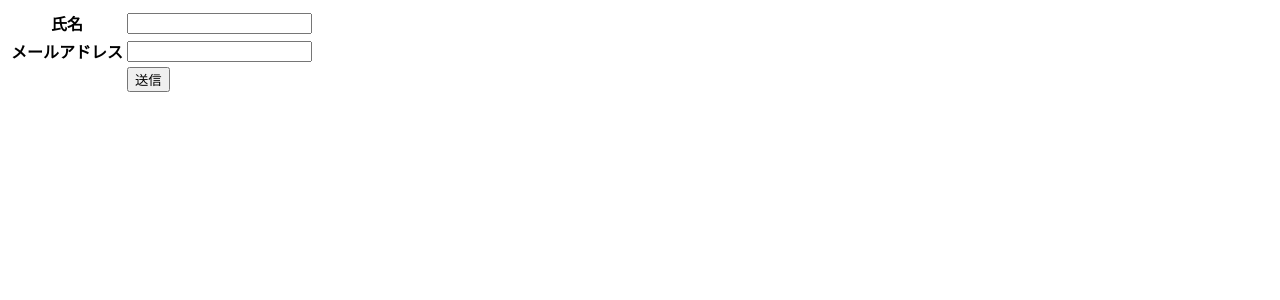
Repository: masanarimiura/20220618_miura
Page: http://localhost/
These files come from the project's save history. The page is drawn as it stood at one moment and after a run of saves; the edit follows.
The browser window is 1280 px wide. The pictures show the whole page.
The page is served by the project's Laravel application, run on PHP 8.4 with Laravel 8. Other server files are loaded and not shown.

Above is the page before, as saved 2022-06-18 11:51:56.

### routes/web.php
<?php

use Illuminate\Support\Facades\Route;
use App\Http\Controllers\TaskController;

Route::get('/', [TaskController::class, 'index']);
Route::post('/', [TaskController::class, 'post']);

### app/Http/Controllers/TaskController.php
<?php

namespace App\Http\Controllers;

use App\Models\Customer;
use Illuminate\Http\Request;

class TaskController extends Controller
{
    public function index()
    {
        return view('index');
    }
    public function find()
    {
        return view('find', ['input' => '']);
    }
    public function search(Request $request)
    {
        $item = Author::where('name', 'LIKE',"%{$request->input}%")->first();
        $param = [
            'input' => $request->input,
            'item' => $item
        ];
        return view('find', $param);
    }
    public function bind(Author $author)
    {
        $data = [
            'item'=>$author,
        ];
        return view('author.binds', $data);
    }
    public function add()
    {
        return view('add');
    }
    public function create(Request $request)
    {
        $this->validate($request, Author::$rules);
        $form = $request->all();
        Author::create($form);
        return redirect('/');
    }
}

### resources/views/index.blade.php
<!DOCTYPE html>
<html lang="ja">

<head>
  <meta charset="UTF-8">
  <meta name="viewport" content="width=device-width, initial-scale=1.0">
  <title>top</title>
</head>

<body>
  @if (count($errors) > 0)
<ul>
  @foreach ($errors->all() as $error)
  <li>
    {{$error}}
  </li>
  @endforeach
</ul>
@endif
<form action="/" method="post">
  <table>
    @csrf
    <tr>
      <th>
        氏名
      </th>
      <td>
        <input type="text" name="name">
      </td>
    </tr>
    <tr>
      <th>
        メールアドレス
      </th>
      <td>
        <input type="email" name="email">
      </td>
    </tr>
    <tr>
      <th></th>
      <td>
        <button>送信</button>
      </td>
  </table>
</form>
</body>
</html>

Loaded but not shown: app/Http/Controllers/Controller.php (common file)

After the next 2 saves:
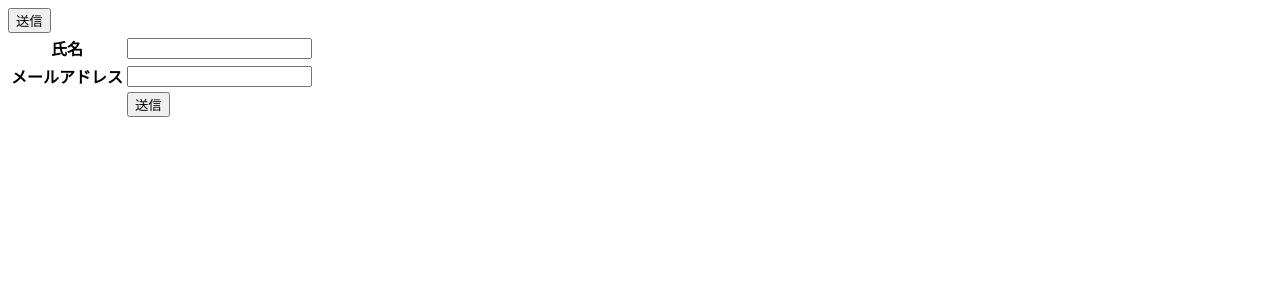
The 2 saves are shown as one change because they came seconds apart.
The last was saved 27 s later.
--- a/resources/views/index.blade.php
+++ b/resources/views/index.blade.php
@@ -41,6 +41,7 @@
       <td>
         <button>送信</button>
       </td>
+      <input type="submit" value="送信">
   </table>
 </form>
 </body>
